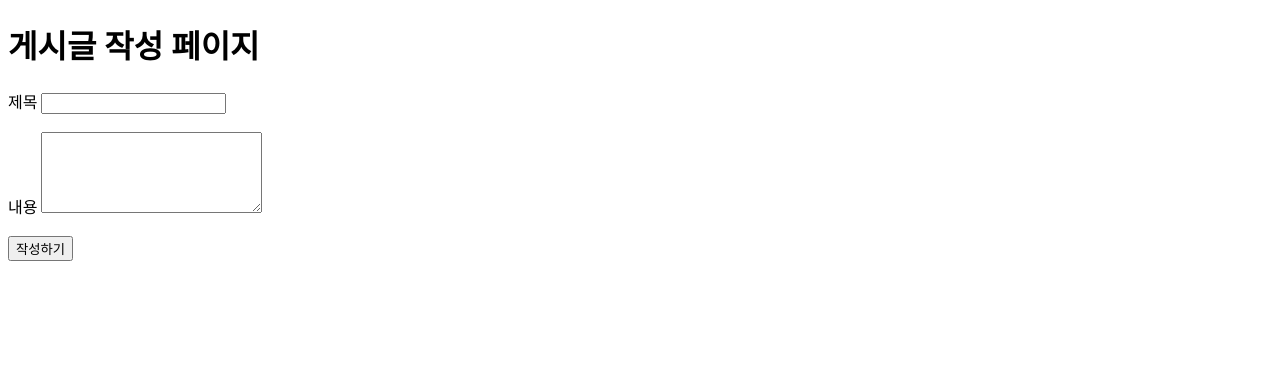
Repository: ksccmp/notice-board
Page: http://localhost/board/login_filter/board_write.jsp
These files come from the project's save history. The page is drawn as it stood at one moment and after the next save; the edit follows.
The browser window is 1280 px wide. The pictures show the whole page.
The page is served by Tomcat 9. Nobody is signed in. The application's start-up code is not run. Other server files are loaded and not shown.

Above is the page before, as saved 2019-09-24 14:02:02.

### board/src/main/webapp/login_filter/board_write.jsp
<%@ page language="java" contentType="text/html; charset=UTF-8"
    pageEncoding="UTF-8"%>
<!DOCTYPE html PUBLIC "-//W3C//DTD HTML 4.01 Transitional//EN" "http://www.w3.org/TR/html4/loose.dtd">
<html>
<head>
<meta http-equiv="Content-Type" content="text/html; charset=UTF-8">
<title>Insert title here</title>
</head>
<body>
	<h1>게시글 작성 페이지</h1>
	<form method="post" action="">
		제목 <input type="text" id="title" name="title"> <br><br>
		내용 <textarea id="contents" name="contents" rows="5" cols="25"></textarea> <br><br>
		<input type="submit" value="작성하기">
	</form>
</body>
</html>

After the next save:
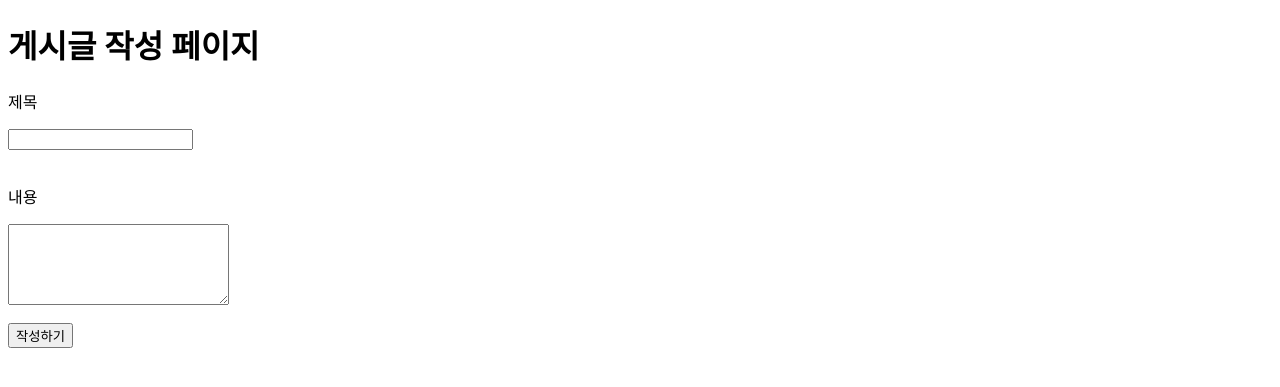
Saved 16 s later.
--- a/board/src/main/webapp/login_filter/board_write.jsp
+++ b/board/src/main/webapp/login_filter/board_write.jsp
@@ -9,8 +9,10 @@
 <body>
 	<h1>게시글 작성 페이지</h1>
 	<form method="post" action="">
-		제목 <input type="text" id="title" name="title"> <br><br>
-		내용 <textarea id="contents" name="contents" rows="5" cols="25"></textarea> <br><br>
+		<p>제목</p>
+		<input type="text" id="title" name="title"> <br><br>
+		<p>내용</p>
+		<textarea id="contents" name="contents" rows="5" cols="25"></textarea> <br><br>
 		<input type="submit" value="작성하기">
 	</form>
 </body>
